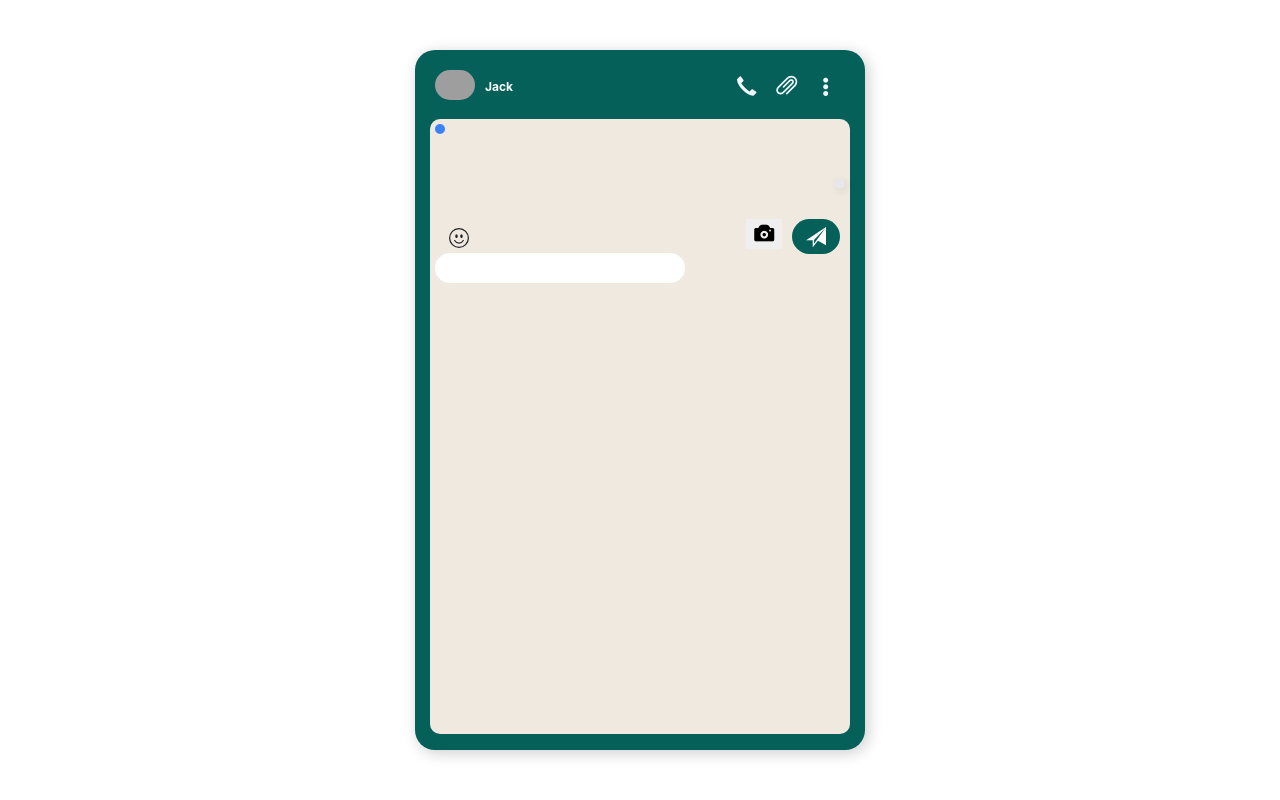
Repository: sibi24sibi/php-mysql-manal-chatbot
Page: http://localhost/
An editor plug-in stored every save of this project. The page is shown before and after the next save, followed by the edit.
The browser window is 1280 px wide. The pictures show the whole page.
Pictures or frames that could not be fetched are drawn as grey boxes. The page is run by PHP 8.4 with error messages shown; the project is at /var/www/html/.

Above is the page before, as saved 2023-01-15 14:05:03.

After the next save:
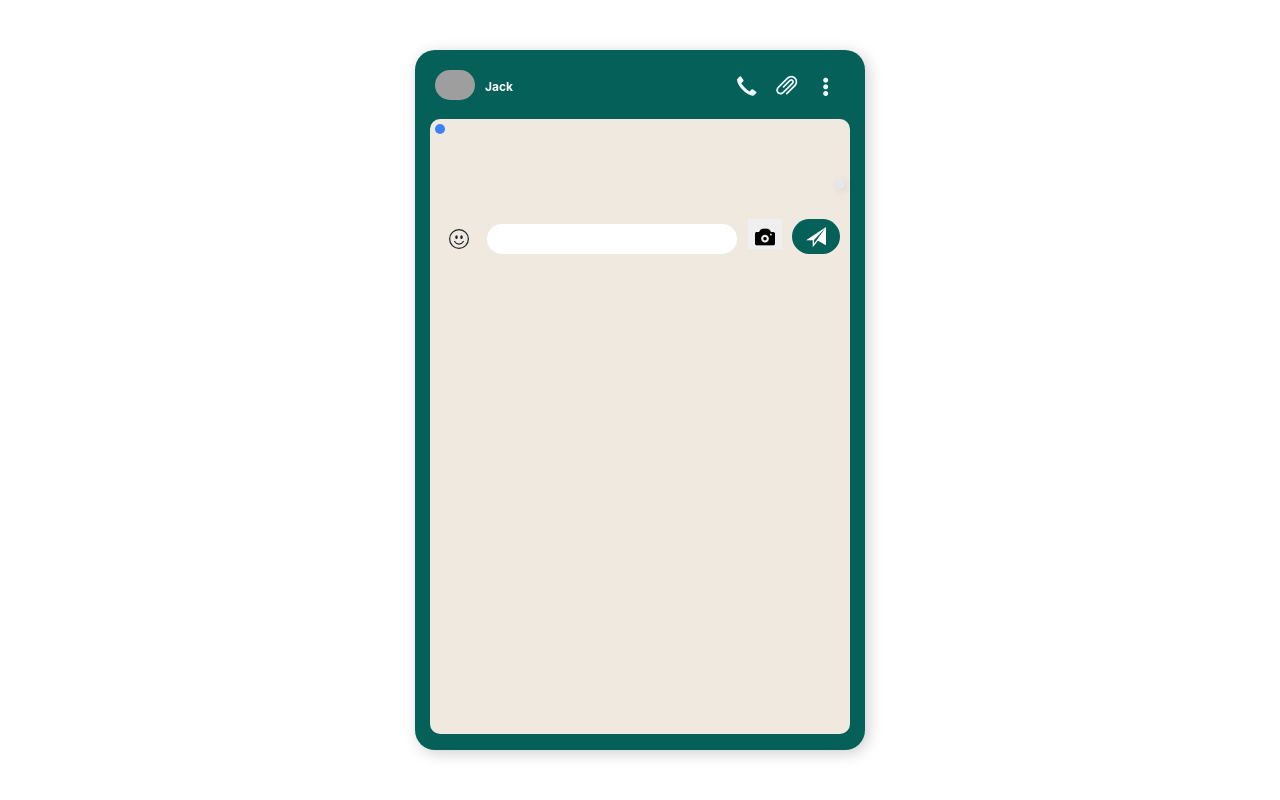
Saved 6 s later.
--- a/index.php
+++ b/index.php
@@ -63,7 +63,7 @@
                         </button>
                         <input type="search" id="userInput" class="send-box mr-auto p-2" placeholder="" aria-label="Search" aria-describedby="search-addon"  name="messages"/>
                     </div>
-                    <button type="button" class="camera  " aria-label="Left Align">
+                    <button type="button" class="camera  p-2 bd-highlight" aria-label="Left Align">
                         <span class="glyphicon glyphicon-camera" style="color:black" aria-hidden="true"></span>
                     </button>
                     <button id="send" class="send-button send ml-auto p-2 bd-highlight" aria-label="Left Align">
